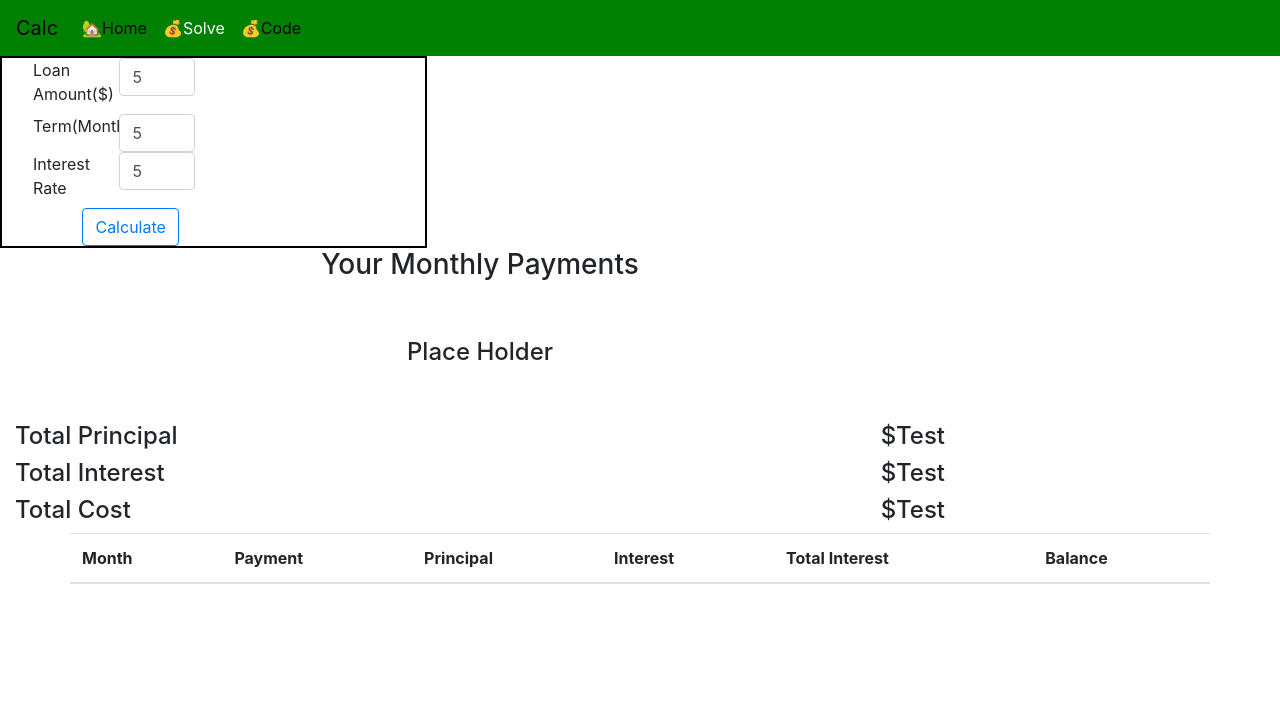
Repository: zhadjah9559/MortgageManager
Page: solve.html
An editor plug-in stored every save of this project. The page is shown before and after a run of saves, followed by the edit.
The browser window is 1280 px wide. The pictures show the whole page.
Empty fields were first filled with sample values (such as "Sample", 5 or name@example.com).
After loading, the first visible `button.btn` was clicked once.

Above is the page before, as saved 2021-01-16 14:54:18.
Console error: SyntaxError: Identifier 'totalMonthlyPayment' has already been declared

After the next 3 saves:
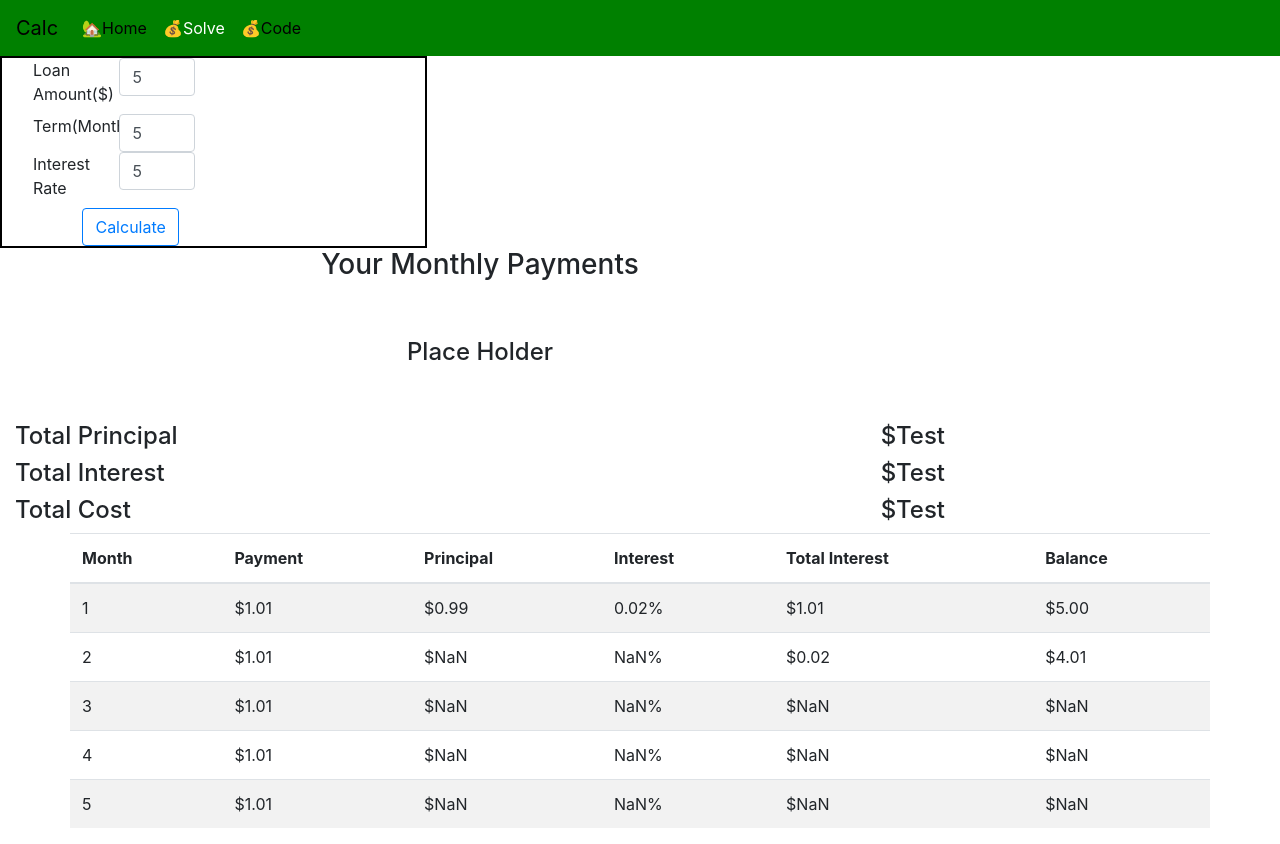
The error is gone.
The 3 saves are shown as one change because they came seconds apart.
The last was saved 16 s later.
--- a/js/custom.js
+++ b/js/custom.js
@@ -26,9 +26,6 @@ function calculateLoan(){
     if(interestRate >= 100){
 
     }
-
-    //Total Monthly Payment                                                         (1+rate/1200)^(-NumberOfMonths)
-    let totalMonthlyPayment = (loanAmount) * (interestRate/1200) / (1 -   Math.pow( (1 + interestRate/1200) , (-months) ) )
 
 
     //loop will perform 60 times meaning you will get 60 indices
